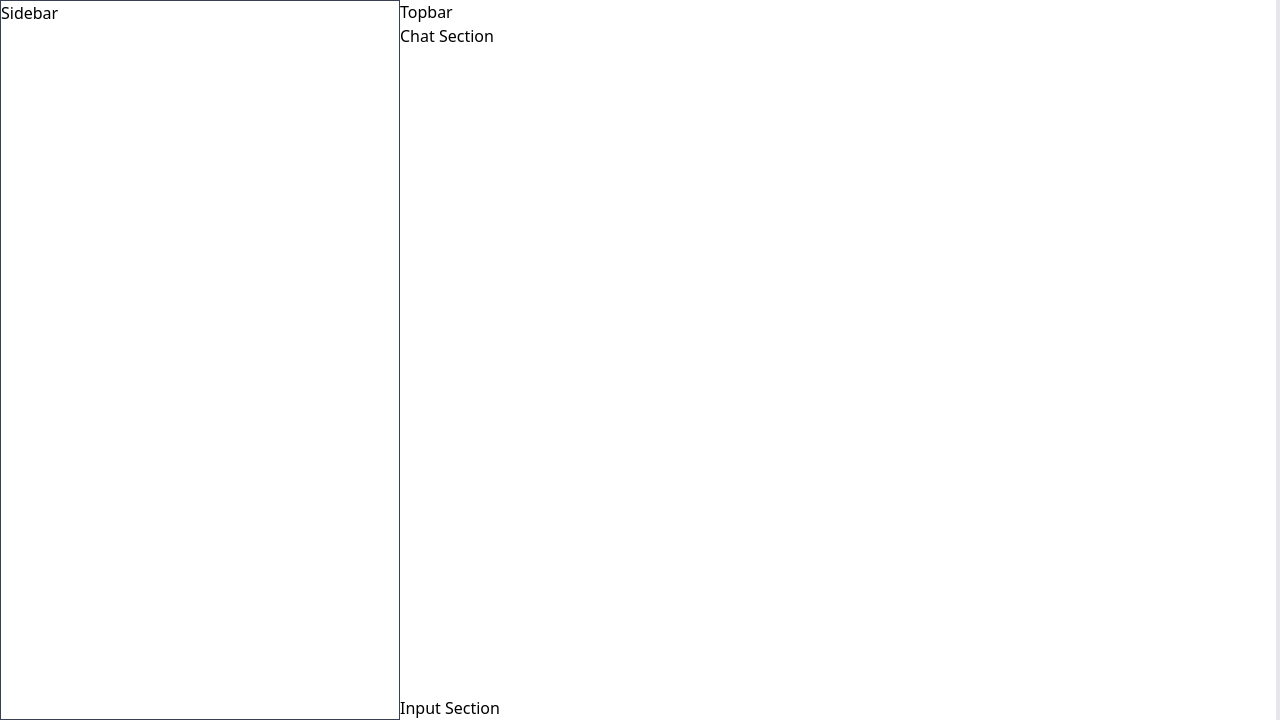
Repository: Qu4ntumGuy/telegram-clone
Page: /
These files come from the project's save history. The page is drawn as it stood at one moment and after the next save; the edit follows.
The browser window is 1280 px wide. The pictures show the whole page.
The project was rebuilt for these pictures with package versions that can differ from the ones it lists, and the page was loaded fresh each time. Also part of the build but not shown: src/Utils/ContextProvider.js.

Above is the page before, as saved 2024-07-15 10:58:04.

### src/App.js
import { Routes, BowserRouter, Route } from "react-router-dom";
import Sidebar from "./Components/Sidebar";
import Home from "./Pages/Home/Home";

function App() {
  return (
    <div className="flex max-w-[105rem] mx-auto">
      <Sidebar />

      <Home />
    </div>
  );
}

export default App;

### src/Components/Sidebar.js
import React from "react";
import { useComponentContext } from "../Utils/ContextProvider";

function Sidebar() {
  const context = useComponentContext();
  return (
    <div className="min-w-[25rem] border border-gray-700 h-screen">Sidebar</div>
  );
}

export default Sidebar;

### src/Pages/Home/Home.js
import React from "react";

function Home() {
  return (
    <div className="flex flex-col justify-center border-r-4 w-full">
      <div className="top-0 mb-auto">Topbar</div>
      <div className="h-full">Chat Section</div>
      <div className="">Input Section</div>
    </div>
  );
}

export default Home;

Loaded but not shown: public/index.html (common file); src/index.js (common file); src/index.css (common file); src/reportWebVitals.js (common file); tailwind.config.js (common file)

After the next save:
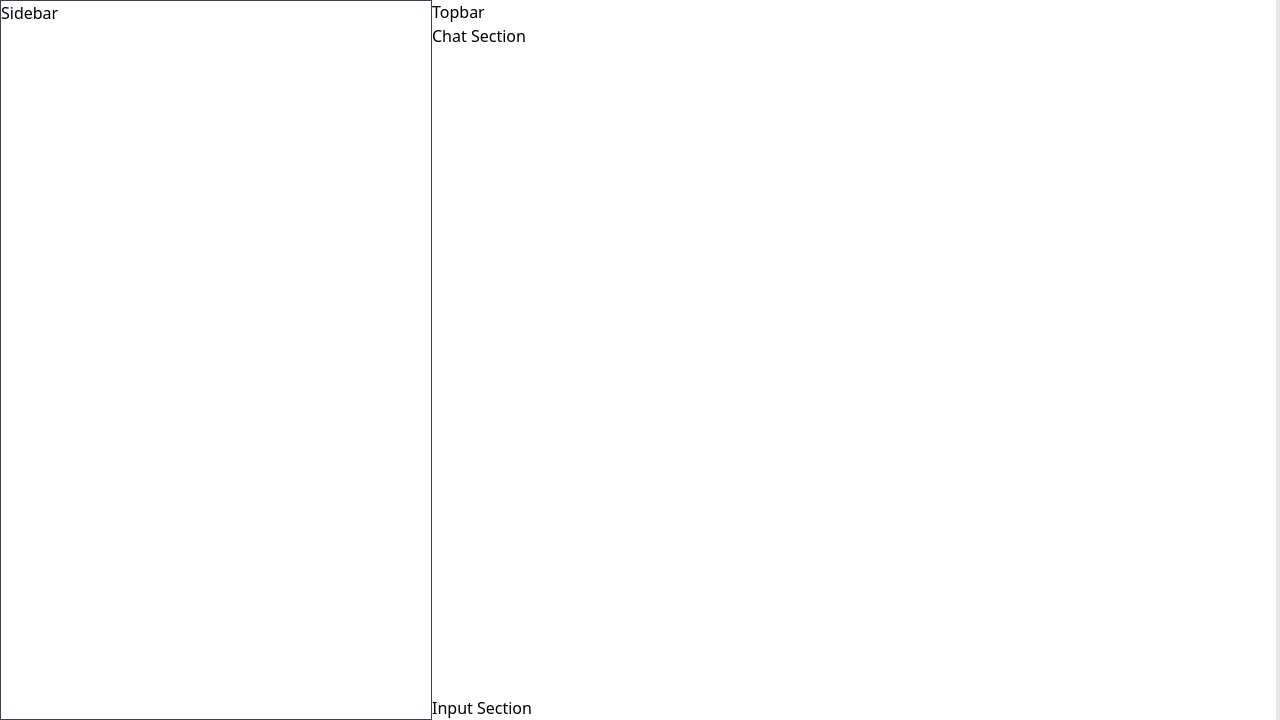
Saved 28 s later.
--- a/src/Components/Sidebar.js
+++ b/src/Components/Sidebar.js
@@ -4,7 +4,7 @@ import { useComponentContext } from "../Utils/ContextProvider";
 function Sidebar() {
   const context = useComponentContext();
   return (
-    <div className="min-w-[25rem] border border-gray-700 h-screen">Sidebar</div>
+    <div className="min-w-[27rem] border border-gray-700 h-screen">Sidebar</div>
   );
 }
 
